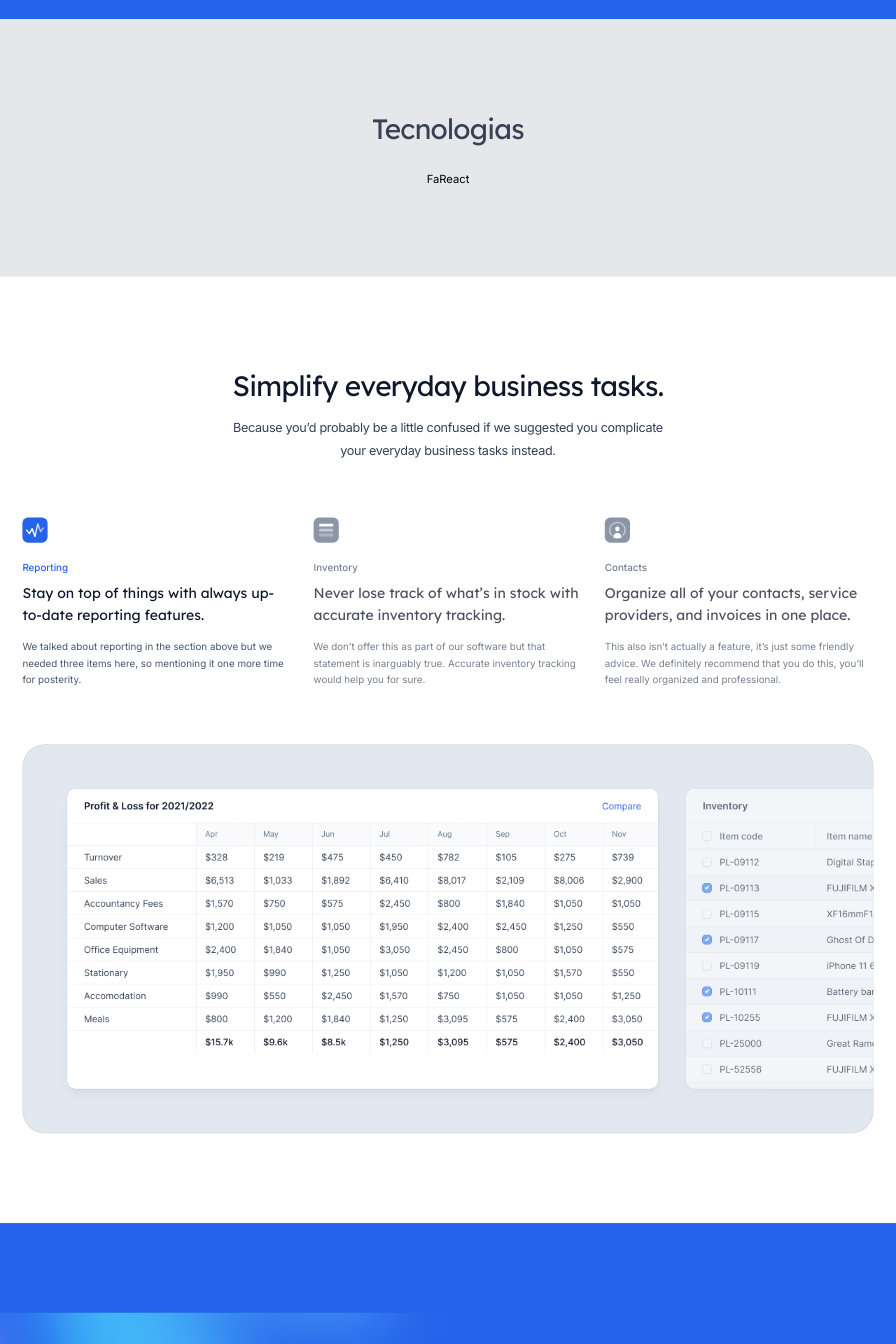
Repository: LuisSempre/imaginative
Page: /
An editor plug-in stored every save of this project. The page is shown before and after the next save, followed by the edit.
The browser window is 1280 px wide. The pictures show the part of the page from y = 3035 to 4955 px (the page is 10286 px tall before and 10262 px after), at 70% of full size.
The project was rebuilt for these pictures with package versions that can differ from the ones it lists, and the page was loaded fresh each time. The framework's server and built-in components were replaced by stand-ins that run in the browser. Also part of the build but not shown: next.config.js.

Above is the page before, as saved 2022-07-15 11:11:52.

### src/pages/index.jsx
import Head from 'next/head'

import { CallToAction } from '@/components/CallToAction'
import { Faqs } from '@/components/Faqs'
import { Footer } from '@/components/Footer'
import { Header } from '@/components/Header'
import { Hero } from '@/components/Hero'
import { Contact } from '@/components/Contact'
import { PrimaryFeatures } from '@/components/PrimaryFeatures'
import { SecondaryFeatures } from '@/components/SecondaryFeatures'
import { Testimonials } from '@/components/Testimonials'
import { Tecnology } from '@/components/Tecnology'

export default function Home() {
  return (
    <>
      <Head>
        <title>TaxPal - Accounting made simple for small businesses</title>
        <meta
          name="description"
          content="Most bookkeeping software is accurate, but hard to use. We make the opposite trade-off, and hope you don’t get audited."
        />
      </Head>
      <Header />
      <main>
        <Hero />
        <PrimaryFeatures />
        <Tecnology />
        <SecondaryFeatures />
        <CallToAction />
        <Testimonials />
        <Contact />
        <Faqs />
      </main>
      <Footer />
    </>
  )
}

### src/components/CallToAction.jsx
import Image from 'next/future/image'

import { Button } from '@/components/Button'
import { Container } from '@/components/Container'
import backgroundImage from '@/images/background-call-to-action.jpg'

export function CallToAction() {
  return (
    <section
      id="get-started-today"
      className="relative overflow-hidden bg-blue-600 py-32"
    >
      <Image
        className="absolute top-1/2 left-1/2 max-w-none -translate-x-1/2 -translate-y-1/2"
        src={backgroundImage}
        alt=""
        width={2347}
        height={1244}
        unoptimized
      />
      <Container className="relative">
        <div className="mx-auto max-w-lg text-center">
          <h2 className="font-display text-3xl tracking-tight text-white sm:text-4xl">
            Get started today
          </h2>
          <p className="mt-4 text-lg tracking-tight text-white">
            It’s time to take control of your books. Buy our software so you can
            feel like you’re doing something productive.
          </p>
          <Button href="/register" color="white" className="mt-10">
            Get 6 months free
          </Button>
        </div>
      </Container>
    </section>
  )
}

### src/components/Faqs.jsx
import Image from 'next/future/image'

import { Container } from '@/components/Container'
import backgroundImage from '@/images/background-faqs.jpg'

const faqs = [
  [
    {
      question: 'Does TaxPal handle VAT?',
      answer:
        'Well no, but if you move your company offshore you can probably ignore it.',
    },
    {
      question: 'Can I pay for my subscription via purchase order?',
      answer: 'Absolutely, we are happy to take your money in all forms.',
    },
    {
      question: 'How do I apply for a job at TaxPal?',
      answer:
        'We only hire our customers, so subscribe for a minimum of 6 months and then let’s talk.',
    },
  ],
  [
    {
      question: 'What was that testimonial about tax fraud all about?',
      answer:
        'TaxPal is just a software application, ultimately your books are your responsibility.',
    },
    {
      question:
        'TaxPal sounds horrible but why do I still feel compelled to purchase?',
      answer:
        'This is the power of excellent visual design. You just can’t resist it, no matter how poorly it actually functions.',
    },
    {
      question:
        'I found other companies called TaxPal, are you sure you can use this name?',
      answer:
        'Honestly not sure at all. We haven’t actually incorporated or anything, we just thought it sounded cool and made this website.',
    },
  ],
  [
    {
      question: 'How do you generate reports?',
      answer:
        'You just tell us what data you need a report for, and we get our kids to create beautiful charts for you using only the finest crayons.',
    },
    {
      question: 'Can we expect more inventory features?',
      answer: 'In life it’s really better to never expect anything at all.',
    },
    {
      question: 'I lost my password, how do I get into my account?',
      answer:
        'Send us an email and we will send you a copy of our latest password spreadsheet so you can find your information.',
    },
  ],
]

export function Faqs() {
  return (
    <section
      id="faq"
      aria-labelledby="faq-title"
      className="relative overflow-hidden bg-slate-50 py-20 sm:py-32"
    >
      <Image
        className="absolute top-0 left-1/2 max-w-none translate-x-[-30%] -translate-y-1/4"
        src={backgroundImage}
        alt=""
        width={1558}
        height={946}
        unoptimized
      />
      <Container className="relative">
        <div className="mx-auto max-w-2xl lg:mx-0">
          <h2
            id="faq-title"
            className="font-display text-3xl tracking-tight text-slate-900 sm:text-4xl"
          >
            Frequently asked questions
          </h2>
          <p className="mt-4 text-lg tracking-tight text-slate-700">
            If you can’t find what you’re looking for, email our support team
            and if you’re lucky someone will get back to you.
          </p>
        </div>
        <ul
          role="list"
          className="mx-auto mt-16 grid max-w-2xl grid-cols-1 gap-8 lg:max-w-none lg:grid-cols-3"
        >
          {faqs.map((column, columnIndex) => (
            <li key={columnIndex}>
              <ul role="list" className="flex flex-col gap-y-8">
                {column.map((faq, faqIndex) => (
                  <li key={faqIndex}>
                    <h3 className="font-display text-lg leading-7 text-slate-900">
                      {faq.question}
                    </h3>
                    <p className="mt-4 text-sm text-slate-700">{faq.answer}</p>
                  </li>
                ))}
              </ul>
            </li>
          ))}
        </ul>
      </Container>
    </section>
  )
}

### src/components/Footer.jsx
import Link from 'next/link'

import { Container } from '@/components/Container'
import { Logo } from '@/components/Logo'
import { NavLink } from '@/components/NavLink'

export function Footer() {
  return (
    <footer className="bg-slate-50">
      <Container>
        <div className="py-16">
          <Logo className="mx-auto h-10 w-auto" />
          <nav className="mt-10 text-sm" aria-label="quick links">
            <div className="-my-1 flex justify-center gap-x-6">
              <NavLink href="#features">Features</NavLink>
              <NavLink href="#testimonials">Testimonials</NavLink>
              <NavLink href="#pricing">Pricing</NavLink>
            </div>
          </nav>
        </div>
        <div className="flex flex-col items-center border-t border-slate-400/10 py-10 sm:flex-row-reverse sm:justify-between">
          <div className="flex gap-x-6">
            <Link
              href="https://twitter.com"
              className="group"
              aria-label="TaxPal on Twitter"
            >
              <svg
                aria-hidden="true"
                className="h-6 w-6 fill-slate-500 group-hover:fill-slate-700"
              >
                <path d="M8.29 20.251c7.547 0 11.675-6.253 11.675-11.675 0-.178 0-.355-.012-.53A8.348 8.348 0 0 0 22 5.92a8.19 8.19 0 0 1-2.357.646 4.118 4.118 0 0 0 1.804-2.27 8.224 8.224 0 0 1-2.605.996 4.107 4.107 0 0 0-6.993 3.743 11.65 11.65 0 0 1-8.457-4.287 4.106 4.106 0 0 0 1.27 5.477A4.073 4.073 0 0 1 2.8 9.713v.052a4.105 4.105 0 0 0 3.292 4.022 4.093 4.093 0 0 1-1.853.07 4.108 4.108 0 0 0 3.834 2.85A8.233 8.233 0 0 1 2 18.407a11.615 11.615 0 0 0 6.29 1.84" />
              </svg>
            </Link>
            <Link
              href="https://github.com"
              className="group"
              aria-label="TaxPal on GitHub"
            >
              <svg
                aria-hidden="true"
                className="h-6 w-6 fill-slate-500 group-hover:fill-slate-700"
              >
                <path d="M12 2C6.477 2 2 6.484 2 12.017c0 4.425 2.865 8.18 6.839 9.504.5.092.682-.217.682-.483 0-.237-.008-.868-.013-1.703-2.782.605-3.369-1.343-3.369-1.343-.454-1.158-1.11-1.466-1.11-1.466-.908-.62.069-.608.069-.608 1.003.07 1.531 1.032 1.531 1.032.892 1.53 2.341 1.088 2.91.832.092-.647.35-1.088.636-1.338-2.22-.253-4.555-1.113-4.555-4.951 0-1.093.39-1.988 1.029-2.688-.103-.253-.446-1.272.098-2.65 0 0 .84-.27 2.75 1.026A9.564 9.564 0 0 1 12 6.844a9.59 9.59 0 0 1 2.504.337c1.909-1.296 2.747-1.027 2.747-1.027.546 1.379.202 2.398.1 2.651.64.7 1.028 1.595 1.028 2.688 0 3.848-2.339 4.695-4.566 4.943.359.309.678.92.678 1.855 0 1.338-.012 2.419-.012 2.747 0 .268.18.58.688.482A10.02 10.02 0 0 0 22 12.017C22 6.484 17.522 2 12 2Z" />
              </svg>
            </Link>
          </div>
          <p className="mt-6 text-sm text-slate-500 sm:mt-0">
            Copyright &copy; {new Date().getFullYear()} TaxPal. All rights
            reserved.
          </p>
        </div>
      </Container>
    </footer>
  )
}

### src/components/Header.jsx
import { Fragment } from 'react'
import Link from 'next/link'
import { Popover, Transition } from '@headlessui/react'
import clsx from 'clsx'
import { Container } from '@/components/Container'
import { Logo } from '@/components/Logo'
import { NavLink } from '@/components/NavLink'

function MobileNavLink({ href, children }) {
  return (
    <Popover.Button as={Link} href={href} className="block w-full p-2">
      {children}
    </Popover.Button>
  )
}

function MobileNavIcon({ open }) {
  return (
    <svg
      aria-hidden="true"
      className="h-3.5 w-3.5 overflow-visible stroke-slate-700"
      fill="none"
      strokeWidth={2}
      strokeLinecap="round"
    >
      <path
        d="M0 1H14M0 7H14M0 13H14"
        className={clsx(
          'origin-center transition',
          open && 'scale-90 opacity-0'
        )}
      />
      <path
        d="M2 2L12 12M12 2L2 12"
        className={clsx(
          'origin-center transition',
          !open && 'scale-90 opacity-0'
        )}
      />
    </svg>
  )
}

function MobileNavigation() {
  return (
    <Popover>
      <Popover.Button
        className="relative z-10 flex h-8 w-8 items-center justify-center [&:not(:focus-visible)]:focus:outline-none"
        aria-label="Toggle Navigation"
      >
        {({ open }) => <MobileNavIcon open={open} />}
      </Popover.Button>
      <Transition.Root>
        <Transition.Child
          as={Fragment}
          enter="duration-150 ease-out"
          enterFrom="opacity-0"
          enterTo="opacity-100"
          leave="duration-150 ease-in"
          leaveFrom="opacity-100"
          leaveTo="opacity-0"
        >
          <Popover.Overlay className="fixed inset-0 bg-slate-300/50" />
        </Transition.Child>
        <Transition.Child
          as={Fragment}
          enter="duration-150 ease-out"
          enterFrom="opacity-0 scale-95"
          enterTo="opacity-100 scale-100"
          leave="duration-100 ease-in"
          leaveFrom="opacity-100 scale-100"
          leaveTo="opacity-0 scale-95"
        >
          <Popover.Panel
            as="div"
            className="absolute inset-x-0 flex flex-col p-4 mt-4 text-lg tracking-tight origin-top bg-white shadow-xl top-full rounded-2xl text-slate-900 ring-1 ring-slate-900/5"
          >
            <MobileNavLink href="#services">Serviços</MobileNavLink>
            <MobileNavLink href="#portifolio">Portfólio</MobileNavLink>
            <MobileNavLink href="#sobre">Sobre</MobileNavLink>
          </Popover.Panel>
        </Transition.Child>
      </Transition.Root>
    </Popover>
  )
}

export function Header() {
  return (
    <header className="py-10">
      <Container>
        <nav className="relative z-50 flex justify-between">
          <div className="flex items-center md:gap-x-12">
            <Link href="#" aria-label="Home">
              <Logo className="w-auto h-10" />
            </Link>
          </div>
          <div className="flex items-center gap-x-5 md:gap-x-8">
            <div className="hidden md:flex">
              <NavLink href="#services">Serviços</NavLink>
              <NavLink href="#portifolio">Portfólio</NavLink>
              <NavLink href="#sobre">Sobre</NavLink>
            </div>
            <div className="-mr-1 md:hidden">
              <MobileNavigation />
            </div>
          </div>
        </nav>
      </Container>
    </header>
  )
}

### src/components/Hero.jsx
import Image from 'next/future/image'

import { Button } from '@/components/Button'
import { Container } from '@/components/Container'
import logoLaravel from '@/images/logos/laravel.svg'
import logoMirage from '@/images/logos/mirage.svg'
import logoStatamic from '@/images/logos/statamic.svg'
import logoStaticKit from '@/images/logos/statickit.svg'
import logoTransistor from '@/images/logos/transistor.svg'
import logoTuple from '@/images/logos/tuple.svg'

export function Hero() {
  return (
    <Container className="pt-20 pb-16 text-center lg:pt-32">
      <h1 className="max-w-4xl mx-auto text-5xl font-medium tracking-tight font-display text-slate-900 sm:text-7xl">
        Construindo{' '}
        <span className="relative text-blue-500 whitespace-nowrap">
          <svg
            aria-hidden="true"
            viewBox="0 0 418 42"
            className="absolute top-2/3 left-0 h-[0.58em] w-full fill-blue-300/70"
            preserveAspectRatio="none"
          >
            <path d="M203.371.916c-26.013-2.078-76.686 1.963-124.73 9.946L67.3 12.749C35.421 18.062 18.2 21.766 6.004 25.934 1.244 27.561.828 27.778.874 28.61c.07 1.214.828 1.121 9.595-1.176 9.072-2.377 17.15-3.92 39.246-7.496C123.565 7.986 157.869 4.492 195.942 5.046c7.461.108 19.25 1.696 19.17 2.582-.107 1.183-7.874 4.31-25.75 10.366-21.992 7.45-35.43 12.534-36.701 13.884-2.173 2.308-.202 4.407 4.442 4.734 2.654.187 3.263.157 15.593-.78 35.401-2.686 57.944-3.488 88.365-3.143 46.327.526 75.721 2.23 130.788 7.584 19.787 1.924 20.814 1.98 24.557 1.332l.066-.011c1.201-.203 1.53-1.825.399-2.335-2.911-1.31-4.893-1.604-22.048-3.261-57.509-5.556-87.871-7.36-132.059-7.842-23.239-.254-33.617-.116-50.627.674-11.629.54-42.371 2.494-46.696 2.967-2.359.259 8.133-3.625 26.504-9.81 23.239-7.825 27.934-10.149 28.304-14.005.417-4.348-3.529-6-16.878-7.066Z" />
          </svg>
          <span className="relative">software inovador</span>
        </span>{' '}
        para você crescer.
      </h1>
      <p className="max-w-2xl mx-auto mt-6 text-xl tracking-tight text-slate-700">
        Desenvolvimento de aplicativos web e mobile
      </p>
      <div className="flex justify-center mt-10 gap-x-6">
        <Button className="px-12 py-4 text-xl" href="#contato">
          Entre em contato
        </Button>
      </div>
      <div className="mt-36 lg:mt-44">
        <p className="text-base font-display text-slate-900">
         Confiado por empresas inovadoras
        </p>
        <ul
          role="list"
          className="flex items-center justify-center mt-8 gap-x-8 sm:flex-col sm:gap-x-0 sm:gap-y-10 xl:flex-row xl:gap-x-12 xl:gap-y-0"
        >
          {[
            [
              { name: 'Transistor', logo: logoTransistor },
              { name: 'Tuple', logo: logoTuple },
              { name: 'StaticKit', logo: logoStaticKit },
            ],
            [
              { name: 'Mirage', logo: logoMirage },
              { name: 'Laravel', logo: logoLaravel },
              { name: 'Statamic', logo: logoStatamic },
            ],
          ].map((group, groupIndex) => (
            <li key={groupIndex}>
              <ul
                role="list"
                className="flex flex-col items-center gap-y-8 sm:flex-row sm:gap-x-12 sm:gap-y-0"
              >
                {group.map((company) => (
                  <li key={company.name} className="flex">
                    <Image src={company.logo} alt={company.name} unoptimized />
                  </li>
                ))}
              </ul>
            </li>
          ))}
        </ul>
      </div>
    </Container>
  )
}

### src/components/Tecnology.jsx
import { Container } from '@/components/Container'
import { FaReact, FaVuejs, FaNodejs, FaPhoenixFramework } from 'react-icons/fa'
import { SiElixir, SiTypescript } from 'react-icons/si'
const navigation = [
  "FaReact"
]
export function Tecnology() {
  return (
    <section
      id="get-started-today"
      className="relative py-32 overflow-hidden bg-gray-200"
    >
      <Container className="relative">
        <div className="max-w-lg mx-auto text-center">
          <h2 className="text-3xl tracking-tight text-gray-700 font-display sm:text-4xl">
            Tecnologias
          </h2>
          <div className="flex justify-center mt-8 space-x-6">
            {navigation.map((item) => (
                // eslint-disable-next-line react/jsx-key
                <span>{item}</span>
            ))}
          </div>
        </div>
      </Container>
    </section>
  )
}

### src/components/Button.jsx
import Link from 'next/link'
import clsx from 'clsx'

const baseStyles = {
  solid:
    'group inline-flex items-center justify-center rounded-full py-2 px-4 text-sm font-semibold focus:outline-none focus-visible:outline-2 focus-visible:outline-offset-2',
  outline:
    'group inline-flex ring-1 items-center justify-center rounded-full py-2 px-4 text-sm focus:outline-none',
}

const variantStyles = {
  solid: {
    slate:
      'bg-slate-900 text-white hover:bg-slate-700 hover:text-slate-100 active:bg-slate-800 active:text-slate-300 focus-visible:outline-slate-900',
    blue: 'bg-blue-600 text-white hover:text-slate-100 hover:bg-blue-500 active:bg-blue-800 active:text-blue-100 focus-visible:outline-blue-600',
    white:
      'bg-white text-slate-900 hover:bg-blue-50 active:bg-blue-200 active:text-slate-600 focus-visible:outline-white',
  },
  outline: {
    slate:
      'ring-slate-200 text-slate-700 hover:text-slate-900 hover:ring-slate-300 active:bg-slate-100 active:text-slate-600 focus-visible:outline-blue-600 focus-visible:ring-slate-300',
    white:
      'ring-slate-700 text-white hover:ring-slate-500 active:ring-slate-700 active:text-slate-400 focus-visible:outline-white',
  },
}

export function Button({
  variant = 'solid',
  color = 'slate',
  className,
  href,
  ...props
}) {
  className = clsx(
    baseStyles[variant],
    variantStyles[variant][color],
    className
  )

  return href ? (
    <Link href={href} className={className} {...props} />
  ) : (
    <button className={className} {...props} />
  )
}

### src/components/Logo.jsx
import Image from 'next/image'
import logo from '../images/logos/logo.png'
export function Logo(props) {
  return <Image src={logo}  width={200}  height={32} alt="Picture of the author" />
}

Loaded but not shown: src/pages/_app.jsx (common file); src/pages/_document.jsx (common file); src/styles/tailwind.css (common file); src/components/Container.jsx (common file); src/components/NavLink.jsx (common file); tailwind.config.js (common file); src/components/Contact.jsx (187 lines, source omitted); src/components/SecondaryFeatures.jsx (231 lines, source omitted); src/components/Testimonials.jsx (144 lines, source omitted); src/components/PrimaryFeatures.jsx (157 lines, source omitted)

After the next save:
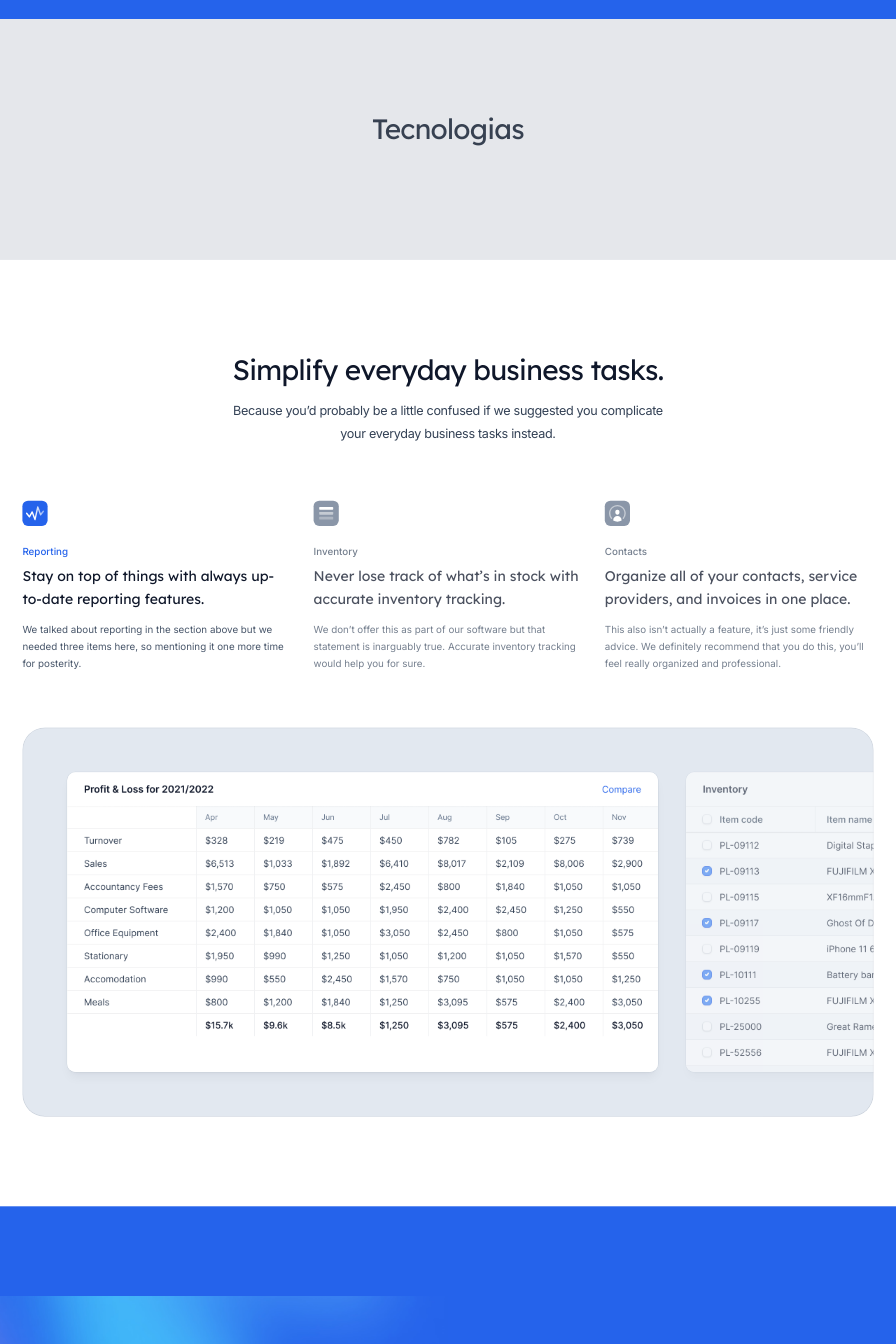
Saved 74 s later.
--- a/src/components/Tecnology.jsx
+++ b/src/components/Tecnology.jsx
@@ -18,7 +18,7 @@
           <div className="flex justify-center mt-8 space-x-6">
             {navigation.map((item) => (
                 // eslint-disable-next-line react/jsx-key
-                <span>{item}</span>
+                <span>{<item/>}</span>
             ))}
           </div>
         </div>
